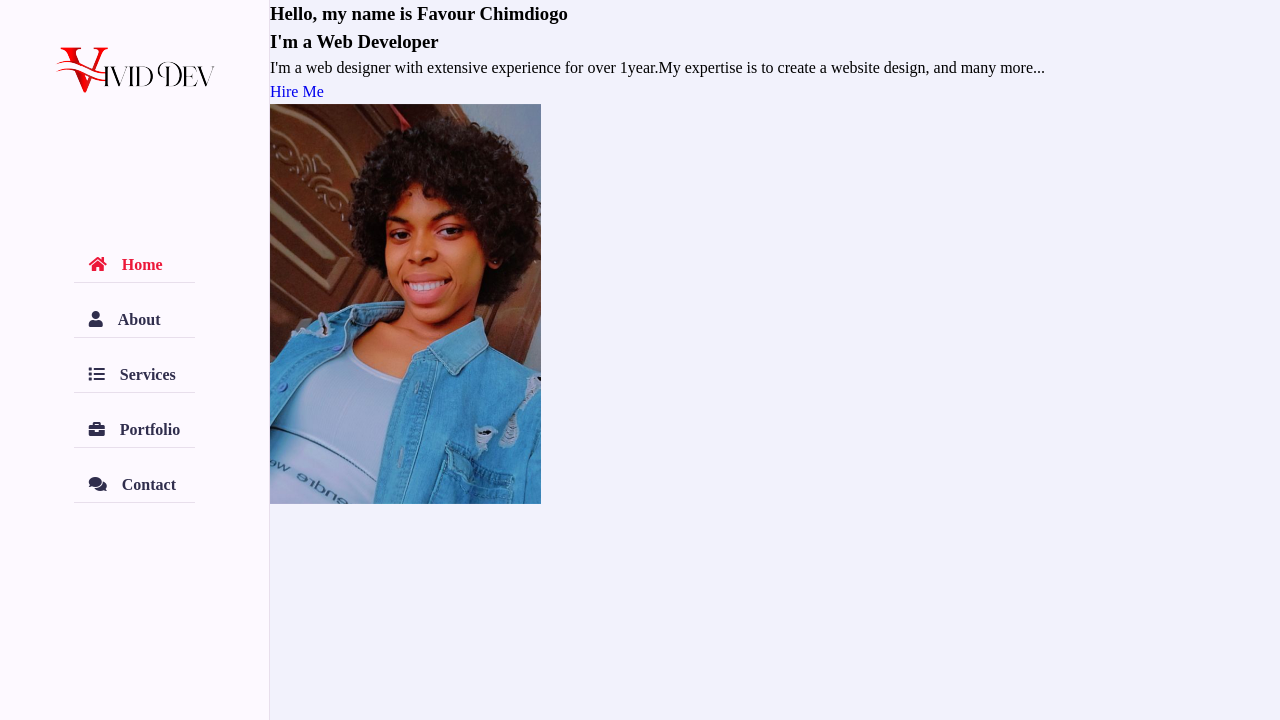
Repository: Big-Fave1/vivid-dev-portfolio
Page: build/index.html
These files come from the project's save history. The page is drawn as it stood at one moment and after the next save; the edit follows.
The browser window is 1280 px wide. The pictures show the whole page.

Above is the page before, as saved 2025-05-30 11:41:34.

### build/index.html
<!DOCTYPE html>
<html lang="en">
<head>
    <meta charset="UTF-8">
    <meta name="viewport" content="width=device-width, initial-scale=1.0">
    <title>Vivid Dev Portfolio</title>
    <link rel="stylesheet" href="css/style.css">
    <link rel="stylesheet" href="css/color-1.css">
    <link rel="stylesheet" href="https://cdnjs.cloudflare.com/ajax/libs/font-awesome/5.15.4/css/all.min.css">
</head>
<body>
    <!--- ==== main container Start==== -->
    <div class="main-container"></div>
    <!--- ==== Aside Start === -->
    <div class="aside">
        <div class="logo">
        <a href="#"><img src="img/vivid 3.png" alt=""></a>
        </div>
        <div class="nav-toggler">
            <i class="fa fa-bars" aria-hidden="true"></i>
        </div>
        <ul class="nav">
            <li><a href="#" class="active"><i class="fa fa-home"></i>Home</a></li>
            <li><a href="#"><i class="fa fa-user"></i>About</a></li>
            <li><a href="#"><i class="fa fa-list"></i>Services</a></li>
            <li><a href="#"><i class="fa fa-briefcase"></i>Portfolio</a></li>
            <li><a href="#"><i class="fa fa-comments"></i>Contact</a></li>
        </ul>
    </div>
    <!--- ==== Aside End === -->
    <!--- ==== Main content Start === -->
    <div class="main-content">
        <!--- === Home Section Start === -->
        <section class="home section">
            <div class="container">
                <div class="row">
                    <div class="home-info">
                        <h3 class="hello">Hello, my name is <span class="name">Favour Chimdiogo</span></h3>
                        <h3 class="my-profession">I'm a <Span class="typing">Web Developer</Span></h3>
                        <p>I'm a web designer with extensive experience for over 1year.My expertise is to create a website design, and many more...</p>
                    <a href="#contact" class="btn hire-me">Hire Me</a>
                    </div>
                    <div class="home-img">
                        <img src="img/home image.jpg" alt="">
                    </div>
                </div>
            </div>
        </section>
        <!--- === Home Section End === -->
    </div>
    <!--- ==== Main content End === -->
    <!--- ====main container End === -->
</body>
</html>

### build/css/style.css

@import url('https://fonts.googleapis.com/css2?family=Poppins:ital,wght@0,100;0,200;0,300;0,400;0,500;0,600;0,700;0,800;0,900;1,100;1,200;1,300;1,400;1,500;1,600;1,700;1,800;1,900&display=swap');


:root
{
    --bg-black-900:#f2f2fc;
    --bg-black-100:#fdf9ff;
    --bg-black-50:#e8dfec;
    --text-black-900:#302e4d;
    --text-black-700:#504e70;

}

body
{
    line-height:1.5;
    font-size:16px;
    font-family: 'Poppins' sans-serif;
}

*
{
    margin: 0;
    padding: 0;
    outline:none;
    text-decoration:none;
    text-decoration:none;
    box-sizing: border-box;
}
::before, ::after
{
    box-sizing:border-box;
}
ul
{
    list-style: none;
}
.section
{
    background:var(--bg-black-900);
    min-height: 100vh;
    display: block;
    position: fixed;
    left: 270px;
    top: 0;
    right: 0;
    z-index: 0;
    opacity: 1;
}
/* aside */
.aside
{
width: 270px;
background:var(--bg-black-100);
position: fixed;
left: 0;
top: 0;
padding: 30px;
height: 100%;
border-right:1px solid var(--bg-black-50);
z-index: 10;
display: flex;
justify-content: center;
align-items: center;
}
.aside .logo
{
    position: absolute;
    top: -30px;
    ;
}
.aside .logo a
{
    color: var(--bg-black-900);
    font-weight: 700;
    padding: 15px 20px;
    font-size: 30px;
    position: relative;
}
/*.aside .logo a span
.aside .logo a:before
{
    content:'';
    position: absolute;
    width: 20px;
    height: 20px;
    border-bottom: 5px solid var(--skin-color);
    border-left: 5px solid var(--skin-color);
    bottom: 0;
    left: 0;

}
.aside .logo a:after
{
    content:'';
    position: absolute;
    width: 20px;
    height: 20px;
    border-top: 5px solid var(--skin-color);
    border-right: 5px solid var(--skin-color);
    top: 0;
    right: 0;

}
    */
.aside .nav-toggler
{
    height: 40px;
    width: 45px;
    border: 1px solid var(--bg-black-50);
    cursor: pointer;
    position: fixed;
    left: 300px;
    top: 20px;
    color: var(--skin-color);
    border-radius: 5px;
    background:var(--bg-black-100);
    display: none;
    align-items:center;
    justify-content: center;
}
.aside .nav
{
    margin-top: 50px;
}
.aside .nav li
{
    margin-bottom: 20px;
    display: block;
}
.aside .nav li a
{
    font-size: 16px;
    font-weight: 600;
    display: block;
    border-bottom:1px solid var(--bg-black-50);
    color:var(--text-black-900);
    padding: 5px 15px;
}
.aside .nav li a.active
{
    color:var(--skin-color);
}
.aside .nav li a i
{
    margin-right: 15px;

}
/* home*/
.home .home-img img
{
    height: 400px;
}

### build/css/color-1.css

:root
{
    --skin-color:#ec1839;
}

After the next save:
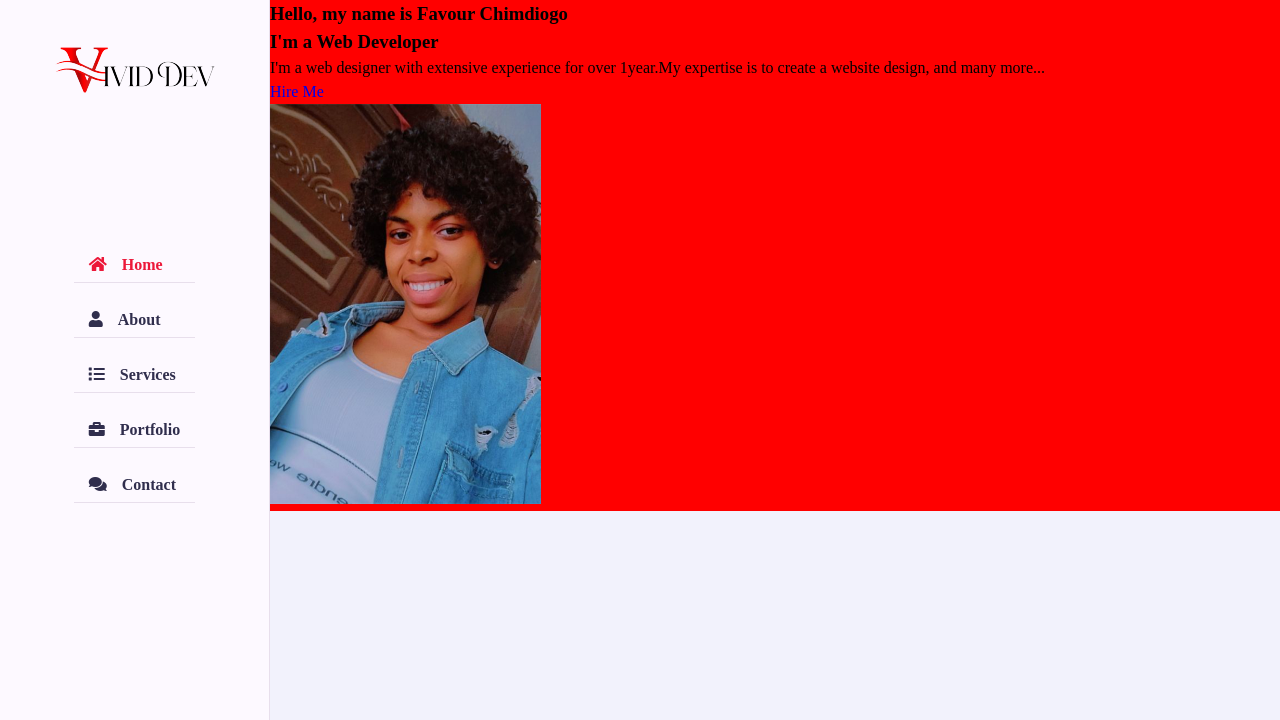
Saved 96 s later.
--- a/build/css/style.css
+++ b/build/css/style.css
@@ -47,6 +47,11 @@ ul
     right: 0;
     z-index: 0;
     opacity: 1;
+}
+.container{
+    max-width: 1100px;
+    width: 100%;
+    background: red;
 }
 /* aside */
 .aside
@@ -151,4 +156,5 @@ align-items: center;
 .home .home-img img
 {
     height: 400px;
+
 }
